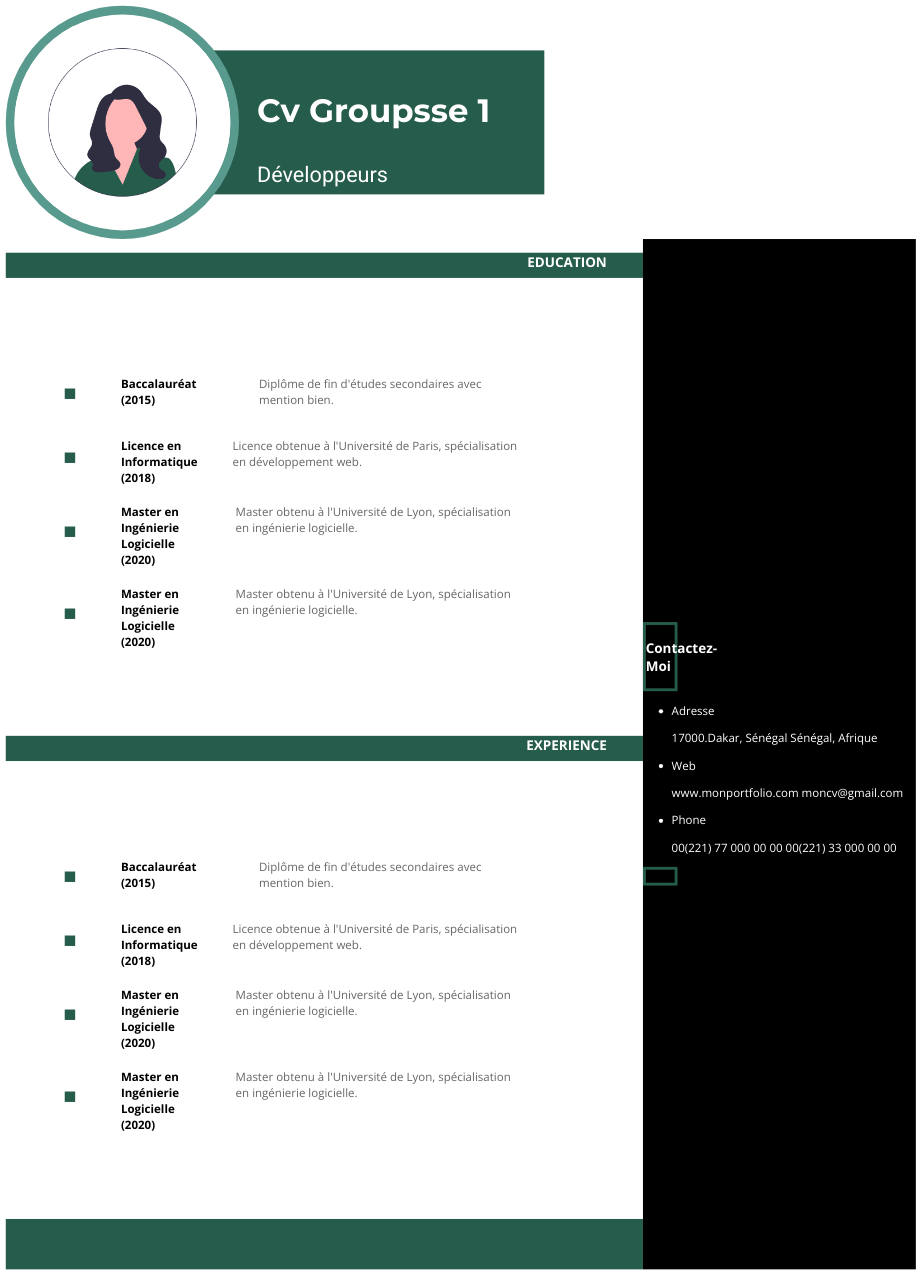
Repository: NdiongueFH/Mon_CV
Page: CV_Groupe1.html
These files come from the project's save history. The page is drawn as it stood at one moment and after the next save; the edit follows.
The browser window is 1280 px wide. The pictures show the whole page, at 72% of full size.

Above is the page before, as saved 2024-08-04 17:39:12.

### CV_Groupe1.html
<!DOCTYPE html>
<html lang="fr">
<head>
    <meta charset="UTF-8">
    <meta name="viewport" content="width=device-width, initial-scale=1.0">
    <!--Intégration de police d'écriture via un lien web-->
    <link href="https://fonts.googleapis.com/css2?family=Montserrat:wght@400;700&family=Open+Sans:wght@400;700&family=Roboto:wght@400;500&display=swap" rel="stylesheet">
    <!--Intégration de notre lien CSS-->
    <link rel="stylesheet" href="CV_Groupe1.css">
    <title>MON CV</title>

</head>
<body>
    <!--section principale-->
    <section id="principal">

        <!--Début Partie Ndiawar-->

        <!--la partie profile de notre cv-->
        <section id="profile">
            <!--identité-->
            <div id="identite">
                <!--image-->
                <div class="image">
                    <img id="image_profil" src="./image/profil.png" alt="" sizes="30" srcset="">
                </div>
                <!--fin image-->
                <!--debut nom-->
                <div class="nom">
                    <h1 id="name_cv">Cv Groupsse 1</h1>
                    <span id="function">Développeurs</span>
                </div>
                <!--fin nom-->
            </div>
            <!--fin identité-->
        </section>
        <!--fin de la partie profile-->

        <!--Fin Partie Ndiawar Diop-->


        <!--le debut du corp de notre cv-->
        <section  id="renseignement">
            <!--corp -->
            <div id="corps">
                <!--debut blanc-->
                <div class="blanc">


                    <!--Début Partie Anta Maguette Faye-->


                    <!--education-->
                    <div class="edu_exp">
                        <!--titre education-->
                        <div class="titre_edu_exp">
                            <h1 class="h1_titr">
                                EDUCATION
                            </h1>
                        </div>
                        <!--fin titre education-->
                        <!--parti education-->
                        <div id="info_edu">
                            <ul class="liste-diplomes">
                                <li>
                                    <div class="info">
                                        <span class="diplome">Baccalauréat</span>
                                        <span class="annee">(2015)</span>
                                    </div>
                                    <p class="description">Diplôme de fin d'études secondaires avec mention bien.</p>
                                </li>
                                <li>
                                    <div class="info">
                                        <span class="diplome">Licence en Informatique</span>
                                        <span class="annee">(2018)</span>
                                    </div>
                                    <p class="description">Licence obtenue à l'Université de Paris, spécialisation en développement web.</p>
                                </li>
                                <li>
                                    <div class="info">
                                        <span class="diplome">Master en Ingénierie Logicielle</span>
                                        <span class="annee">(2020)</span>
                                    </div>
                                    <p class="description">Master obtenu à l'Université de Lyon, spécialisation en ingénierie logicielle.</p>
                                </li>
                                <li>
                                    <div class="info">
                                        <span class="diplome">Master en Ingénierie Logicielle</span>
                                        <span class="annee">(2020)</span>
                                    </div>
                                    <p class="description">Master obtenu à l'Université de Lyon, spécialisation en ingénierie logicielle.</p>
                                </li>
                            </ul>
                        </div>
                        <!--fin parti education-->
                    </div>
                    <!--fin education-->


                    <!--Fin Partie Anta Maguette Faye-->

                    <!--Début Partie Fatoumata Hawa Ndiongue-->

                    <!--experience-->
                    <div class="edu_exp" >
                        <!--titre experience-->
                        <div class="titre_edu_exp">
                            <h1 class="h1_titr">
                                EXPERIENCE
                            </h1>
                        </div>
                        <!--fin titre experience-->
                        <!--parti experience-->
                        <div id="info_exp">
                            <ul class="liste-diplomes">
                                <li>
                                    <div class="info">
                                        <span class="diplome">Baccalauréat</span>
                                        <span class="annee">(2015)</span>
                                    </div>
                                    <p class="description">Diplôme de fin d'études secondaires avec mention bien.</p>
                                </li>
                                <li>
                                    <div class="info">
                                        <span class="diplome">Licence en Informatique</span>
                                        <span class="annee">(2018)</span>
                                    </div>
                                    <p class="description">Licence obtenue à l'Université de Paris, spécialisation en développement web.</p>
                                </li>
                                <li>
                                    <div class="info">
                                        <span class="diplome">Master en Ingénierie Logicielle</span>
                                        <span class="annee">(2020)</span>
                                    </div>
                                    <p class="description">Master obtenu à l'Université de Lyon, spécialisation en ingénierie logicielle.</p>
                                </li>
                                <li>
                                    <div class="info">
                                        <span class="diplome">Master en Ingénierie Logicielle</span>
                                        <span class="annee">(2020)</span>
                                    </div>
                                    <p class="description">Master obtenu à l'Université de Lyon, spécialisation en ingénierie logicielle.</p>
                                </li>
                            </ul>
                        </div>
                        <!--fin parti experience-->
                    </div>
                    <!--fin experience-->

                    <!--Début Footer-->
                    <div id="footer">

                    </div>
                    <!--Fin Footer-->

                    <!--Fin Partie Fatoumata Hawa Ndiongue-->

                </div>
                <!--fin blanc-->

                <!--Début Moustapha Dieng-->


                <!--debut noir-->
                <div class="noir">
                    <!--contact-->
                    <div class="contact">
                        <!--titre contact-->
                        <div class="titre_contact_skill">
                            <h1>
                                Contactez-Moi
                            </h1>
                        </div>
                        <!--fin titre contact-->
                        <!-- donnee contact-->
                        <div class="donnees_contact">
                            <ul class="list_contact">
                                <li>
                                    <p class="icon_contact">
                                        <i class="fas fa-map-marker-alt"></i>Adresse
                                    </p>
                                    <div class="contactez">
                                        <span class="detail">17000.Dakar, Sénégal</span>
                                        <span class="desc">Sénégal, Afrique</span>
                                    </div>
                                </li>
                            </ul>
                            <ul class="list_contact">
                                <li>
                                    <p class="icon_contact">
                                        <i class="fas fa-globe"></i>Web
                                    </p>
                                    <div class="contactez">
                                        <span class="detail">www.monportfolio.com</span>
                                        <span class="desc">moncv@gmail.com</span>
                                    </div>
                                </li>
                            </ul>
                            <ul class="list_contact">
                                <li>
                                    <p class="icon_contact">
                                        <i class="fas fa-phone-alt"></i>Phone
                                    </p>
                                    <div class="contactez">
                                        <span class="detail">00(221) 77 000 00 00</span>
                                        <span class="desc">00(221) 33 000 00 00 </span>
                                    </div>
                                </li>
                            </ul>
                        </div>
                        <!--fin donnee contact-->
                    </div>
                    <!--fin contact-->
                    <!--skill-->
                    <div class="skill">
                        <!--titre skill-->
                        <div class="titre_contact_skill">
                            <h1></h1>
                        </div>
                        <!--fin titre skill-->
                        <!--donné skill-->
                        <div class="donnees_skill"></div>
                        <!--fin donné skill-->
                    </div>
                    <!--fin skill-->
                    <!--resaux socio-->
                    <div id="resaux"></div>
                    <!--fin resaux socio-->
                </div>
                <!--fin noir-->

                <!--Fin Moustapha Dieng-->


            </div>
            <!--fin corp-->

        </section>
        <!--la fin du corp de notre cv-->
    </section>
    <!--Fin section principale-->

</body>
</html>

### CV_Groupe1.css
/*Le pseudo-élément `:root` en CSS permet de définir des variables globales pour un document,
représentant l'élément `<html>`. Utilisé pour centraliser la gestion des styles comme
les couleurs et les polices, il facilite la maintenance du CSS en rendant
les valeurs facilement réutilisables et modifiables dans toute la feuille de style.*/

:root {
    /* Définition des couleurs de base */
    --teal-1: #265C4B; /* Teal foncé */
    --teal-2: #146551; /* Teal moyen foncé */
    --teal-3: #007566; /* Teal vif */
    --teal-4: #589A8D; /* Teal clair */
    --teal-5: #fff; /* Blanc très clair */
    --Noir-6: #000000; /*Noir*/
    --Blanc-7: #ffffff; /*Blanc*/

    /* Utilisation des couleurs pour différents éléments */

    --color-title: var(--teal-1); /* Couleur pour les titres */
    --color-subtitle: var(--teal-3); /* Couleur pour les sous-titres */
    --color-paragraph: var(--teal-2); /* Couleur pour les paragraphes */
    --color-border: var(--teal-4); /* Couleur pour les bordures */
    --color-backgroundFoncé: var(--teal-1); /*Couleur de fond foncée*/
    --color-background: var(--teal-5); /* Couleur de fond général */
    --color-text: var(--Noir-6); /*Couleur pour le texte de fond*/
    --color-white: var(--Blanc-7); /*Couleur blanche pour les texte de fon d'une balise"*/
}

/*Intégration de nos polices d'écritures générales pour notre texte, titre et les sous-titres*/
:root {
    /* Polices */
    --font-title: 'Montserrat', sans-serif;
    --font-text: 'Open Sans', sans-serif;
    --font-subtitle: 'Roboto', sans-serif;

    /* Taille de police standard et poids */
    --font-size-normal: 16px; /* Taille de police standard pour le texte */
    --font-size-title: 28px; /* Taille de police pour les grands titres */
    --font-size-subtitle: 20px; /* Taille de police pour les sous-titres */
    --font-weight-normal: 400; /* Poids normal de la police */
    --font-weight-bold: 700; /* Poids en gras */
    /*Pour le profil la taile du nom et du sous-titre*/
    --font-size-titleProfil: 45px;
    --font-size-subtitleProfil: 30px;
}

/*Initialisation de notre body pour supprimer les marges et choix du type de police pour notre site*/
body {
    color: var(--color-text);
    background-color: var(--color-background);
    font-family: var(--font-text);
    font-size: var(--font-size-normal);
    font-weight: var(--font-weight-normal);
}

/*Partie Ndiawar Diop*/
    /*Début partie profil de Mon_CV*/

/*Div Identité*/
#identite {
    display: flex;
    align-items: center; /* Pour aligner verticalement les éléments à l'intérieur */
    background: none;
}
/*Image*/
.image {
    background-color: var(--color-background);
    border: 12px solid var(--color-border);
    width: 300px;  /* Assurez-vous que le conteneur est carré */
    height: 300px;
    border-radius: 50%;  /* Rend l'image ronde */
    overflow: hidden;  /* Cache les parties de l'image qui débordent */
    z-index: 2; /* Nous Plaçons l'image au-dessus de .nom */
    position: relative; /* Nécessaire pour appliquer z-index */
}

#image_profil {
    width: 100%;
    height: 100%;
    object-fit: contain;  /* Garantit que l'image couvre tout l'espace sans déformation */
}
/*Le nom du profil*/
.nom {
    background-color: var(--color-backgroundFoncé);
    width: 30%;
    height: 200px; /* Aligner la hauteur avec celle de l'image */
    display: flex;
    color: var(--color-white);
    flex-direction: column;
    justify-content: center;
    text-align: left;
    padding: 0 20px 0 75px;
    margin-left: -50px; /* Ajustement pour le chevauchement */
    z-index: 1; /* S'assurer que .nom se superpose à .image */
    position: relative;
}
#name_cv{
    font-family: var(--font-title);
    font-size: var(--font-size-titleProfil);
    font-weight: var(--font-weight-bold);
}
#function {
    font-family: var(--font-subtitle);
    font-size: var(--font-size-subtitleProfil);
    font-weight: var(--font-weight-normal);
}
    /*Fin Partie profil de Mon_Cv*/
/*Fin Partie Ndiawar Diop*/

/*Partie Section 2*/
#corps {
    display: flex;
}
.blanc {
    width: 70%;

}
    /*Partie Anta Maquette Faye
.titre_edu_exp {
}*/
.h1_titr {
    height: 35px;
    padding-right: 50px;
    background-color: var(--color-backgroundFoncé);
    text-align: right;
    color: var(--color-white);

}

    /*Partie Education*/
    #info_edu {
        max-width: 600px;
        margin: 120px;
    }
    #info_exp{
        max-width: 600px;
        margin: 120px;
    }
    .liste-diplomes li {
        display: flex;
        align-items: baseline;
        margin-bottom: 10px;
        position: relative; /* Position relative pour placer les puces */
    }

    .liste-diplomes li::before {
        content: "■"; /* Utiliser un carré comme puce */
        color: #265C4B; /* Teal foncé */
        font-size: 30px;
        position: absolute;
        left: -80px; /* Position de la puce */
        top: 50%;
        transform: translateY(-50%);
    }

    .info {
        width: 200px; /* Largeur fixe pour le diplôme et l'année */
        font-weight: bold;
        display: flex;
        flex-direction: column;
        justify-content: left;
    }

    .diplome {
        margin-right: 10px; /* Espace entre le diplôme et l'année */
    }

    .description {
        margin-left: 15px; /* Espace entre l'info et la description */
        flex-grow: 1; /* Permet à la description de prendre le reste de l'espace */
        color: #666; /* Couleur de texte pour la description */
    }


    /*Footer*/
    #footer {
        height: 10px;
        padding: 30px;
        background-color: var(--color-backgroundFoncé);
    }

    /*Partie Noir*/
    .noir {
        width: 30%;
        background-color: var(--color-text);
        height: auto;
        color: var(--color-white);
        align-content: center;
    }
    .titre_contact_skill {
        border: 4px solid var(--color-backgroundFoncé);
        width: 40px;
    }

After the next save:
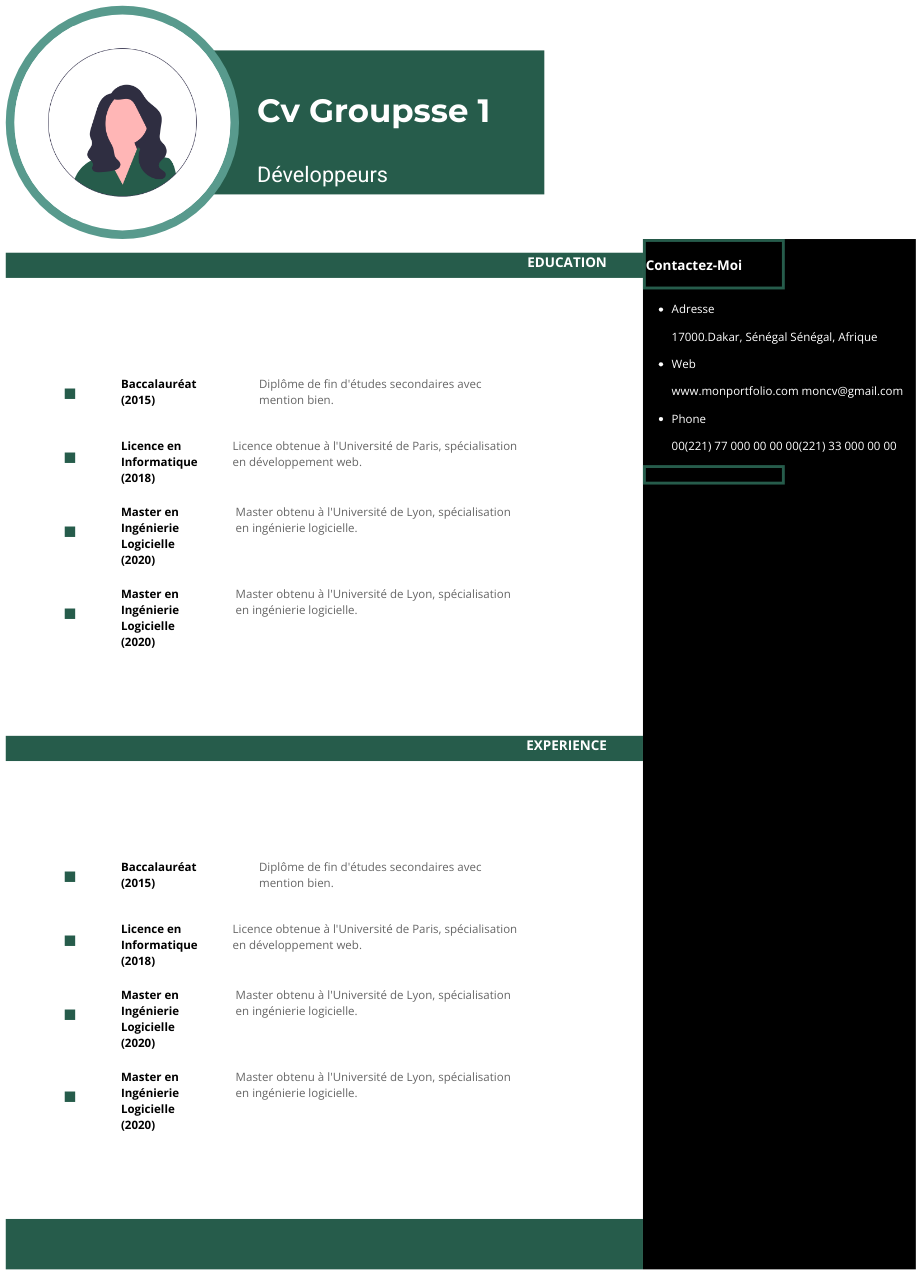
Saved 53 s later.
--- a/CV_Groupe1.css
+++ b/CV_Groupe1.css
@@ -184,9 +184,9 @@ body {
         background-color: var(--color-text);
         height: auto;
         color: var(--color-white);
-        align-content: center;
+        align-content: space-between;
     }
     .titre_contact_skill {
         border: 4px solid var(--color-backgroundFoncé);
-        width: 40px;
+        width: 50%;
     }
